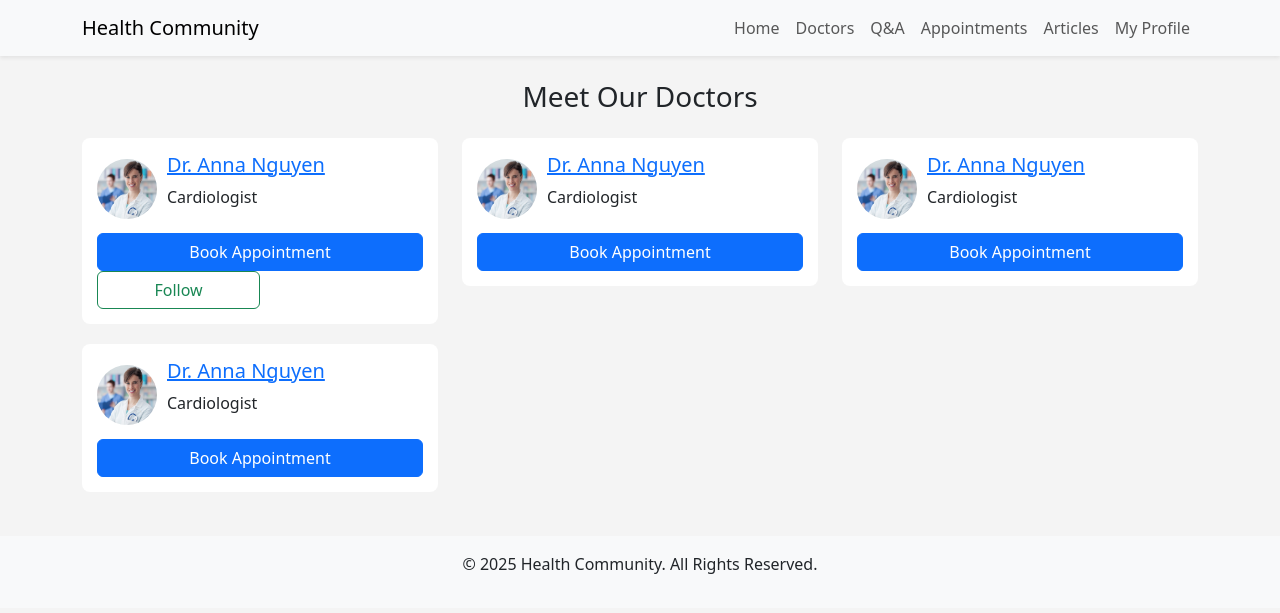
Repository: JonesKhaii/CodySocial
Page: tests/web-test/doctors.html
The author's editor kept a copy of each file at every save. The page is drawn from the files as they stood at one save, then again after the next save.
The browser window is 1280 px wide. The pictures show the whole page.

Above is the page before, as saved 2025-02-10 03:01:06.

After the next save:
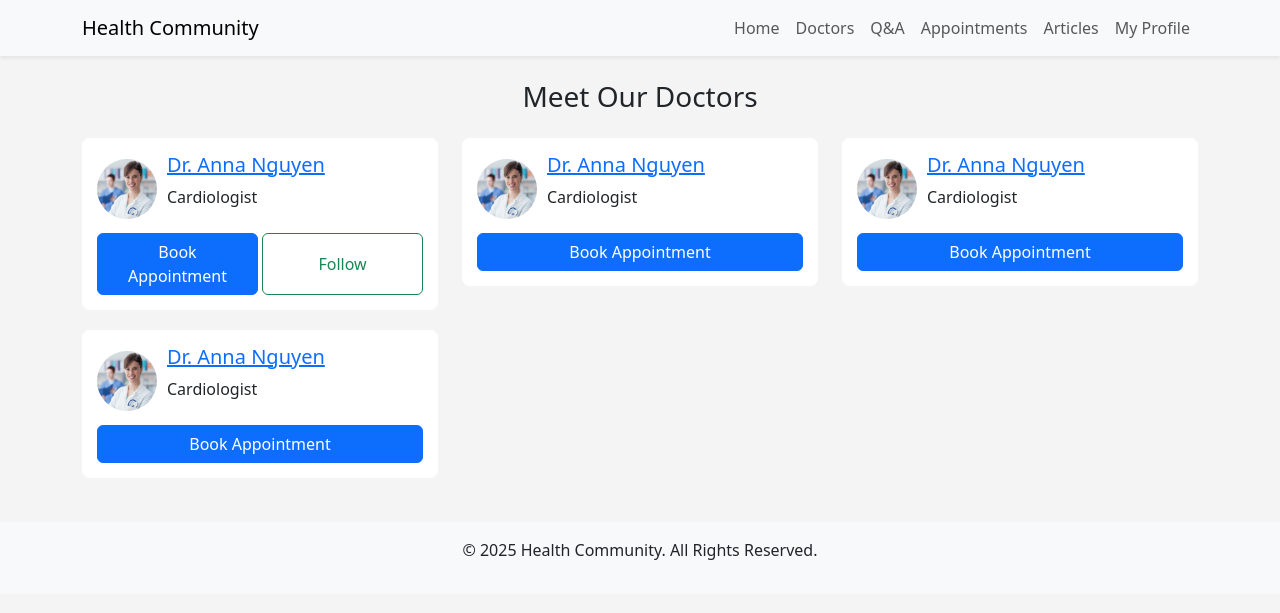
Saved 37 s later.
--- a/tests/web-test/doctors.html
+++ b/tests/web-test/doctors.html
@@ -86,15 +86,17 @@
                                 <p>Cardiologist</p>
                             </div>
                         </div>
-                        <button class="btn btn-primary w-100 mt-2">
-                            Book Appointment
-                        </button>
-                        <button
-                            class="btn btn-outline-success w-50 follow-btn"
-                            data-doctor="Dr. Anna Nguyen"
-                        >
-                            Follow
-                        </button>
+                        <div class="d-flex justify-content-between mt-2">
+                            <button class="btn btn-primary w-50 me-1">
+                                Book Appointment
+                            </button>
+                            <button
+                                class="btn btn-outline-success w-50 follow-btn"
+                                data-doctor="Dr. Anna Nguyen"
+                            >
+                                Follow
+                            </button>
+                        </div>
                     </div>
                 </div>
                 <div class="col-md-4">
